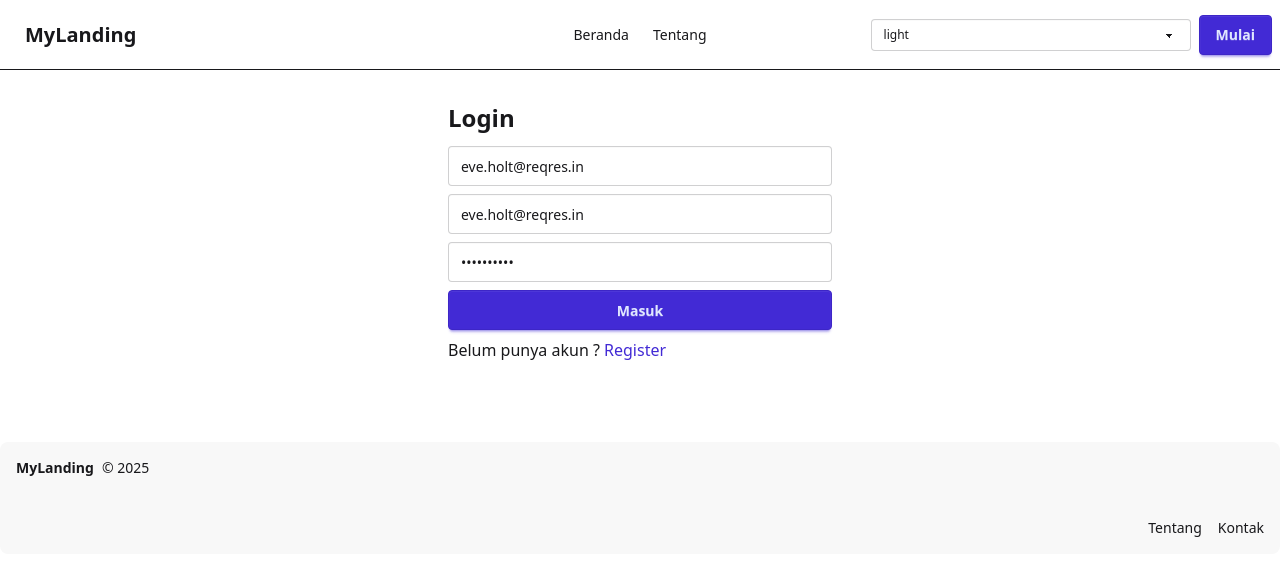
Repository: khulqu15/reactjs-learn
Page: /login (app in day3/)
These files come from the project's save history. The page is drawn as it stood at one moment and after the next save; the edit follows.
The browser window is 1280 px wide. The pictures show the whole page.
The project was rebuilt for these pictures with package versions that can differ from the ones it lists, and the page was loaded fresh each time. Also part of the build but not shown: day3/vite.config.js, day3/src/components/Hero.jsx, day3/src/pages/Home.jsx, day3/src/pages/About.jsx, day3/src/routes/ProtectedRoute.jsx, day3/src/pages/Register.jsx, day3/src/pages/Weather.jsx.

Above is the page before, as saved 2025-09-25 00:21:35.

### day3/src/App.jsx
import { BrowserRouter, Routes, Route } from "react-router-dom";
import DefaultLayout from "./layouts/DefaultLayout";
import Home from "./pages/Home";
import About from "./pages/About";
import AuthProvider from "./context/AuthContext";
import ProtectedRoute from "./routes/ProtectedRoute";
import Login from "./pages/Login";
import Register from "./pages/Register";
import Weather from "./pages/Weather";

export default function App() {
  return (
    <AuthProvider>
      <BrowserRouter>
        <Routes>
          <Route element={<DefaultLayout />}>
            <Route index element={<Home />} />
            <Route path="/about" element={<About />} />
            <Route path="/login" element={<Login />} />
            <Route path="/register" element={<Register />} />
            <Route path="/weather" element={
              <ProtectedRoute><Weather/></ProtectedRoute>
            } />
          </Route>
        </Routes>
      </BrowserRouter>
    </AuthProvider>
  );
}

### day3/src/layouts/DefaultLayout.jsx
import { Outlet } from "react-router-dom";
import Navbar from "../components/Navbar";
import Footer from "../components/Footer";

export default function DefaultLayout() {
  return (
    <div className="min-h-screen w-full bg-base-100 text-base-content">
      <Navbar />
      <main className="container mx-auto px-4 py-8">
        <Outlet />
      </main>
      <Footer />
    </div>
  );
}

### day3/src/context/AuthContext.jsx
import { createContext, useContext, useState } from "react";
const AuthCtx = createContext(null);
export const useAuth = () => useContext(AuthCtx);

export default function AuthProvider({ children }) {
  const [token, setToken] = useState(() => localStorage.getItem("token"));

  const login = (t) => { setToken(t); localStorage.setItem("token", t); };
  const logout = () => { setToken(null); localStorage.removeItem("token"); };

  return (
    <AuthCtx.Provider value={{ token, login, logout }}>
      {children}
    </AuthCtx.Provider>
  );
}

### day3/src/pages/Login.jsx
import { useState } from "react";
import api from "../lib/axios";
import { useAuth } from "../context/AuthContext";
import { useNavigate } from "react-router-dom";

export default function Login() {
  const [usermame, setUsername] = useState("eve.holt@reqres.in");
  const [email, setEmail] = useState("eve.holt@reqres.in");
  const [password, setPassword] = useState("cityslicka");
  const [loading, setLoading] = useState(false);
  const [err, setErr] = useState("");
  const { login } = useAuth();
  const nav = useNavigate();

  async function onSubmit(e) {
    e.preventDefault(); setErr(""); setLoading(true);
    try {
      const { data } = await api.post("https://reqres.in/api/login", { email, password });
      login(data.token);
      nav("/weather");
    } catch (e) {
      setErr("Login gagal. Coba email/password contoh di atas.");
    } finally { setLoading(false); }
  }

  return (
    <div className="max-w-sm mx-auto space-y-3">
      <h1 className="text-2xl font-bold">Login</h1>
      <form onSubmit={onSubmit} className="space-y-2">
        <input className="input input-bordered w-full" placeholder="Email"
               value={usermame} onChange={e=>setUsername(e.target.value)} />
        <input className="input input-bordered w-full" placeholder="Email"
               value={email} onChange={e=>setEmail(e.target.value)} />
        <input className="input input-bordered w-full" placeholder="Password" type="password"
               value={password} onChange={e=>setPassword(e.target.value)} />
        <button className={`btn ${loading?'btn-disabled':'btn-primary'} w-full`}>
          {loading ? "..." : "Masuk"}
        </button>
        <p>Belum punya akun ? <a className="text-primary" href="/register">Register</a></p>
      </form>
      {err && <div className="alert alert-error">{err}</div>}
    </div>
  );
}

### day3/src/components/Navbar.jsx
import { useState } from "react";
import { Link, NavLink } from "react-router-dom";
import ThemeToggle from "./ThemeToggle";

export default function Navbar() {
  const [open, setOpen] = useState(false);

  const linkClass = ({ isActive }) =>
    `px-3 py-2 rounded-lg ${isActive ? "bg-base-200" : "hover:bg-base-200"}`;

  return (
    <div className="navbar bg-base-100 border-b sticky top-0 z-40">
      <div className="navbar-start">
        <div className="dropdown">
          <button className="btn btn-ghost md:hidden" onClick={() => setOpen((v) => !v)} aria-label="Toggle menu">
            ☰
          </button>
          {open && (
            <ul className="menu menu-sm dropdown-content mt-3 z-[1] p-2 shadow bg-base-100 rounded-box w-52">
              <li><NavLink to="/" onClick={() => setOpen(false)} className={linkClass}>Beranda</NavLink></li>
              <li><NavLink to="/about" onClick={() => setOpen(false)} className={linkClass}>Tentang</NavLink></li>
            </ul>
          )}
        </div>

        <Link to="/" className="btn btn-ghost text-xl">MyLanding</Link>
      </div>

      <div className="navbar-center hidden md:flex">
        <ul className="menu menu-horizontal px-1">
          <li><NavLink to="/" className={linkClass}>Beranda</NavLink></li>
          <li><NavLink to="/about" className={linkClass}>Tentang</NavLink></li>
        </ul>
      </div>

      <div className="navbar-end gap-2">
        <ThemeToggle />
        <Link to="#contact" className="btn btn-primary">Mulai</Link>
      </div>
    </div>
  );
}

### day3/src/components/Footer.jsx
import { Link } from "react-router-dom";

export default function Footer() {
  return (
    <footer className="footer items-center p-4 mt-12 bg-base-200 text-base-content rounded-box">
      <aside className="items-center grid-flow-col">
        <span className="font-semibold">MyLanding</span>
        <p>© {new Date().getFullYear()}</p>
      </aside>
      <nav className="grid-flow-col gap-4 md:place-self-center md:justify-self-end">
        <Link className="link link-hover" to="/about">Tentang</Link>
        <a className="link link-hover" href="#contact">Kontak</a>
      </nav>
    </footer>
  );
}

### day3/src/lib/axios.js
import axios from "axios";

const api = axios.create({ timeout: 10000 });

api.interceptors.request.use((config) => {
  const token = localStorage.getItem("token");
  if (token) config.headers.Authorization = `Bearer ${token}`;
  return config;
});

export default api;

### day3/src/components/ThemeToggle.jsx
import { useEffect, useState } from "react";

const THEMES = ["light", "dark", "cupcake"];

export default function ThemeToggle({ className = "" }) {
  const [theme, setTheme] = useState(() => localStorage.getItem("theme") || "light");

  useEffect(() => {
    document.documentElement.setAttribute("data-theme", theme);
    localStorage.setItem("theme", theme);
  }, [theme]);

  return (
    <select
      className={`select select-bordered select-sm ${className}`}
      value={theme}
      onChange={(e) => setTheme(e.target.value)}
      aria-label="Pilih tema"
    >
      {THEMES.map((t) => (
        <option key={t} value={t}>{t}</option>
      ))}
    </select>
  );
}

Loaded but not shown: day3/index.html (common file); day3/src/main.jsx (common file); day3/src/index.css (common file)

After the next save:
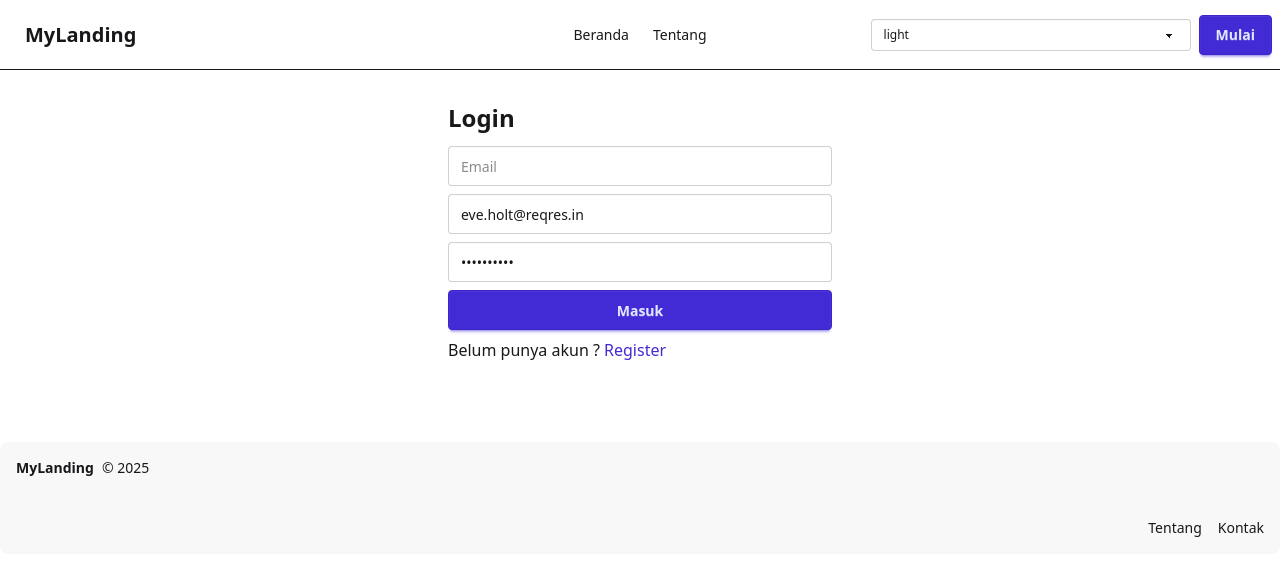
Saved 5 s later.
--- a/day3/src/pages/Login.jsx
+++ b/day3/src/pages/Login.jsx
@@ -4,7 +4,7 @@ import { useAuth } from "../context/AuthContext";
 import { useNavigate } from "react-router-dom";
 
 export default function Login() {
-  const [usermame, setUsername] = useState("eve.holt@reqres.in");
+  const [usermame, setUsername] = useState("");
   const [email, setEmail] = useState("eve.holt@reqres.in");
   const [password, setPassword] = useState("cityslicka");
   const [loading, setLoading] = useState(false);
